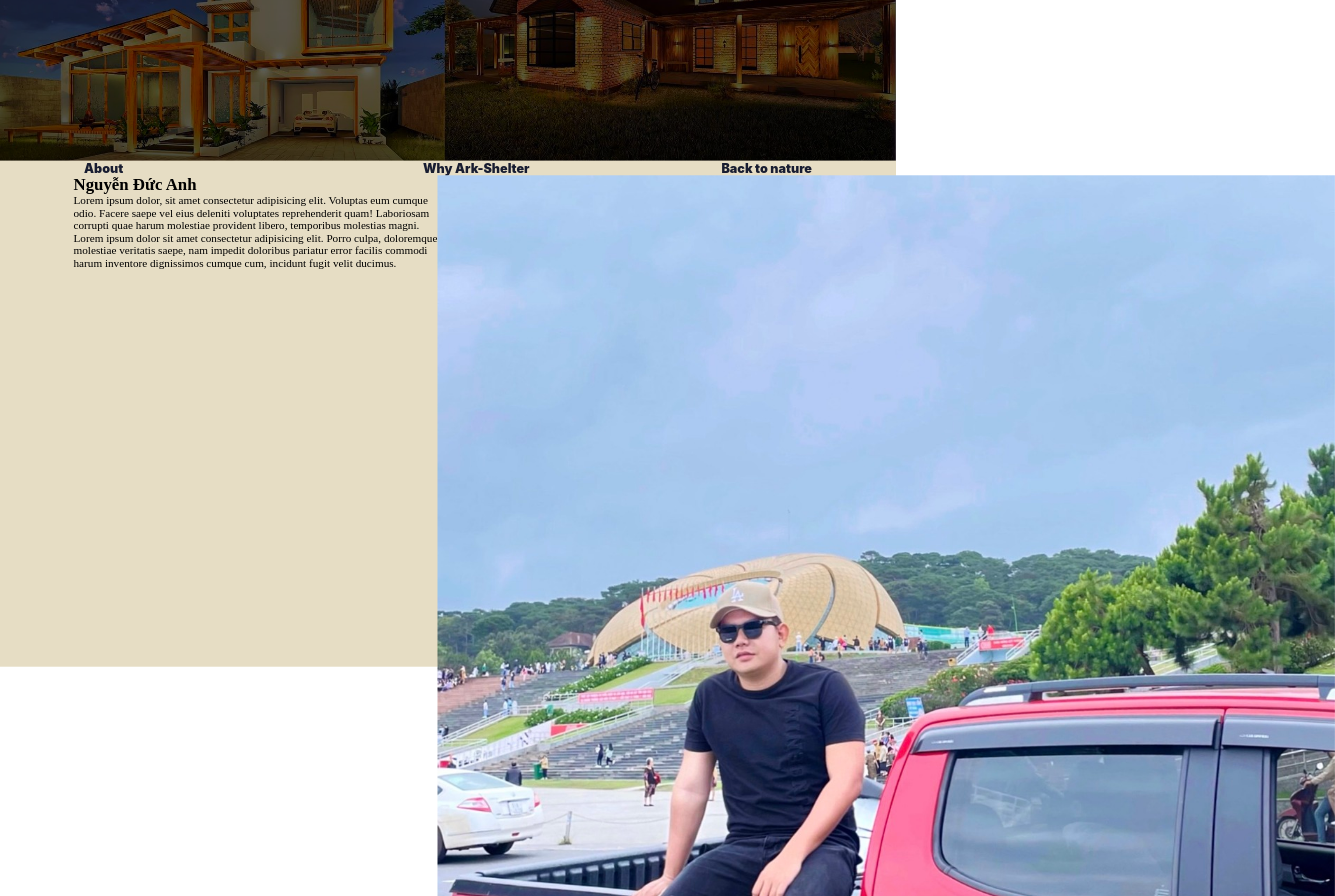
Repository: Ethanxcode/DucAnhNguyen
Page: index.html
The author's editor kept a copy of each file at every save. The page is drawn from the files as they stood at one save, then again after the next save.
The browser window is 1280 px wide. The page is 1907 px wide, then 1280 px, so the pictures cover 1907 px, including what lies to the right of the window. The pictures show the part of the page from y = 489 to 1769 px (the page is 10000 px tall), at 70% of full size.

Above is the page before, as saved 2023-01-14 01:52:01.

After the next save:
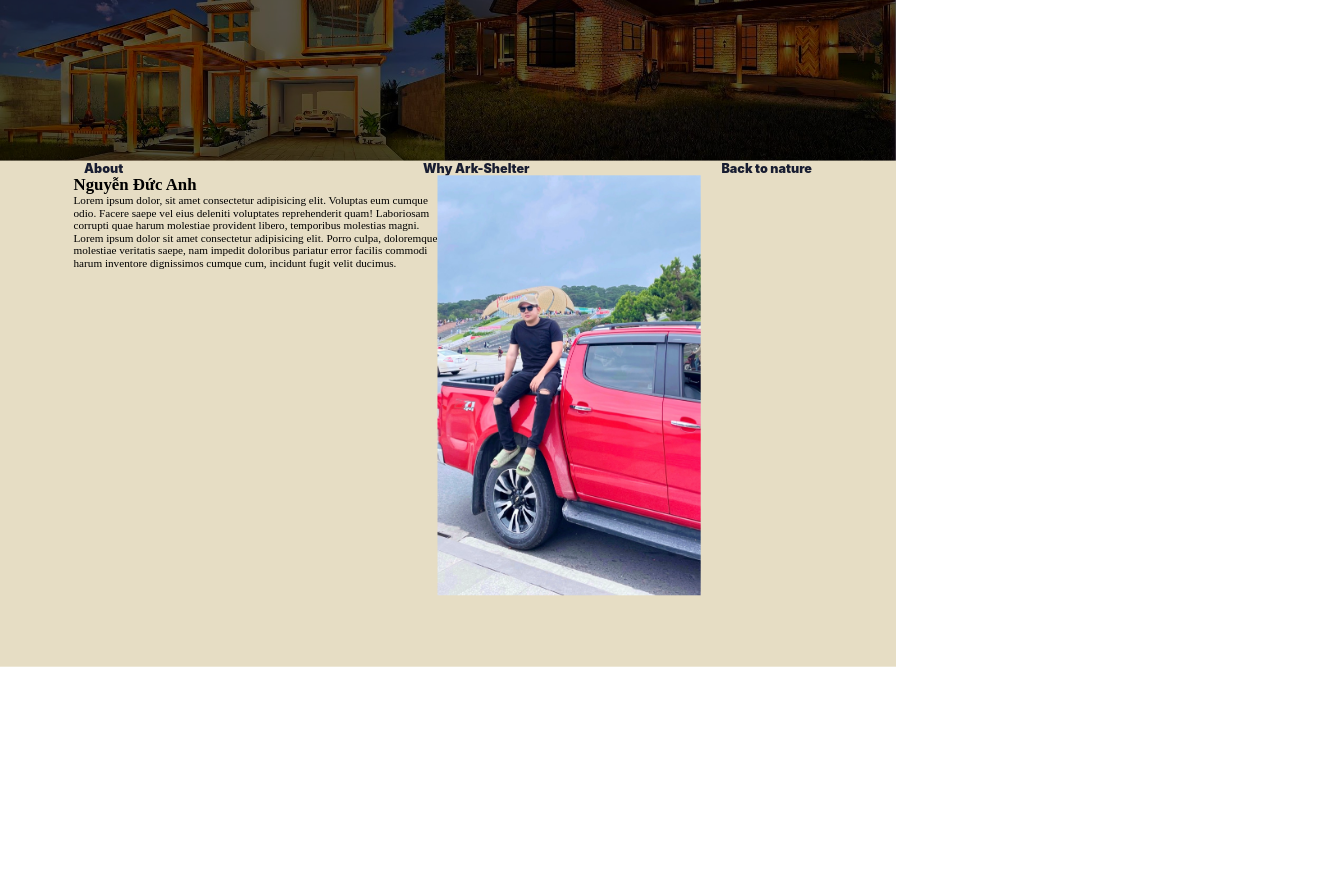
Saved 13 s later.
--- a/index.html
+++ b/index.html
@@ -88,7 +88,7 @@
 						</p>
 					</div>
 					<div class="col-half">
-						<img src="./Assets/P1.jpg" alt="" />
+						<img src="./Assets/P1.jpg" alt="" style="height: 600px" />
 					</div>
 				</div>
 			</section>
